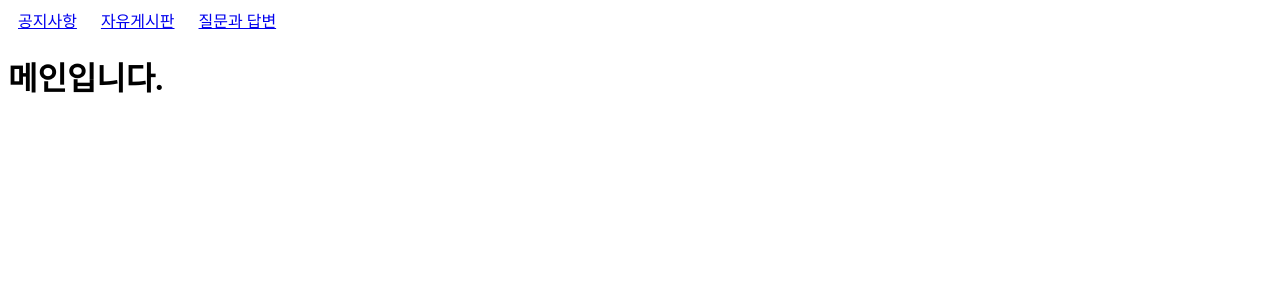
Repository: shingiyeon/jsp
Page: http://localhost/Article_DB_project/jsp/index.jsp
The author's editor kept a copy of each file at every save. The page is drawn from the files as they stood at one save, then again after the next save.
The browser window is 1280 px wide. The pictures show the whole page.
The page is served by Tomcat 9. Other server files are loaded and not shown.

Above is the page before, as saved 2019-05-25 06:48:33.

### workspace/Article_DB_project/WebContent/jsp/index.jsp
<%@ page language="java" contentType="text/html; charset=UTF-8"
    pageEncoding="UTF-8"%>
<!DOCTYPE html>
<html>
<head>
<meta charset="UTF-8">
<title>메인입니다.</title>
<style>
	header > a {
		margin: 0 10px;
	}
</style>
</head>
<body>
	<header>
		<a href="./notice.jsp">공지사항</a>
		<a href="./board.jsp">자유게시판</a>
		<a href="./QnA.jsp">질문과 답변</a>
	</header>
	<body>
		<h1>메인입니다.</h1>
	</body>
</body>
</html>

### workspace/Article_DB_project/WebContent/jsp/map.jsp
<%@ page language="java" contentType="text/html; charset=UTF-8"
    pageEncoding="UTF-8"%>
<!DOCTYPE html>
<html>
<head>
<meta charset="UTF-8">
<title>Insert title here</title>
<style>
	header > a {
		margin: 0 10px;
	}
</style>
</head>
<body>
	<header>
		<a href="./notice.jsp">공지사항</a>
		<a href="./board.jsp">자유게시판</a>
		<a href="./QnA.jsp">질문과 답변</a>
		<a href="./index.jsp">메인으로 가기</a>
	</header>
</body>
</html>

After the next save:
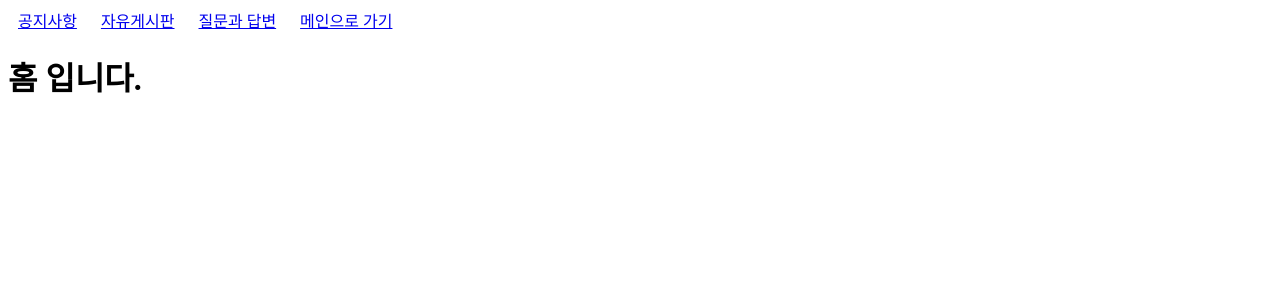
Saved 20 s later.
--- a/workspace/Article_DB_project/WebContent/jsp/index.jsp
+++ b/workspace/Article_DB_project/WebContent/jsp/index.jsp
@@ -12,13 +12,8 @@
 </style>
 </head>
 <body>
-	<header>
-		<a href="./notice.jsp">공지사항</a>
-		<a href="./board.jsp">자유게시판</a>
-		<a href="./QnA.jsp">질문과 답변</a>
-	</header>
-	<body>
-		<h1>메인입니다.</h1>
-	</body>
+
+	<%@ include file="./map.jsp"%>
+	<h1>홈 입니다.</h1>
 </body>
 </html>
